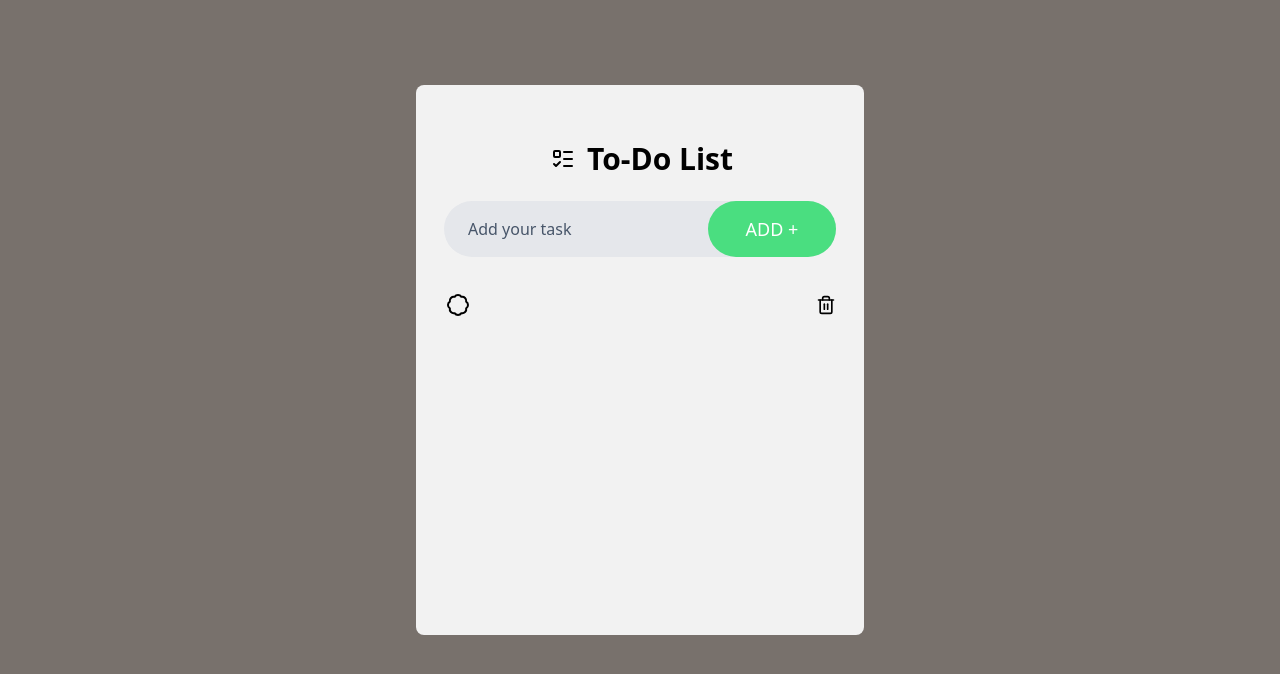
Repository: guilhermecardoso93/todolist-2025-tailwind
Page: /
An editor plug-in stored every save of this project. The page is shown before and after the next save, followed by the edit.
The browser window is 1280 px wide. The pictures show the whole page.
The project was rebuilt for these pictures with package versions that can differ from the ones it lists, and the page was loaded fresh each time. Also part of the build but not shown: vite.config.js.

Above is the page before, as saved 2024-11-07 20:16:06.

After the next save:
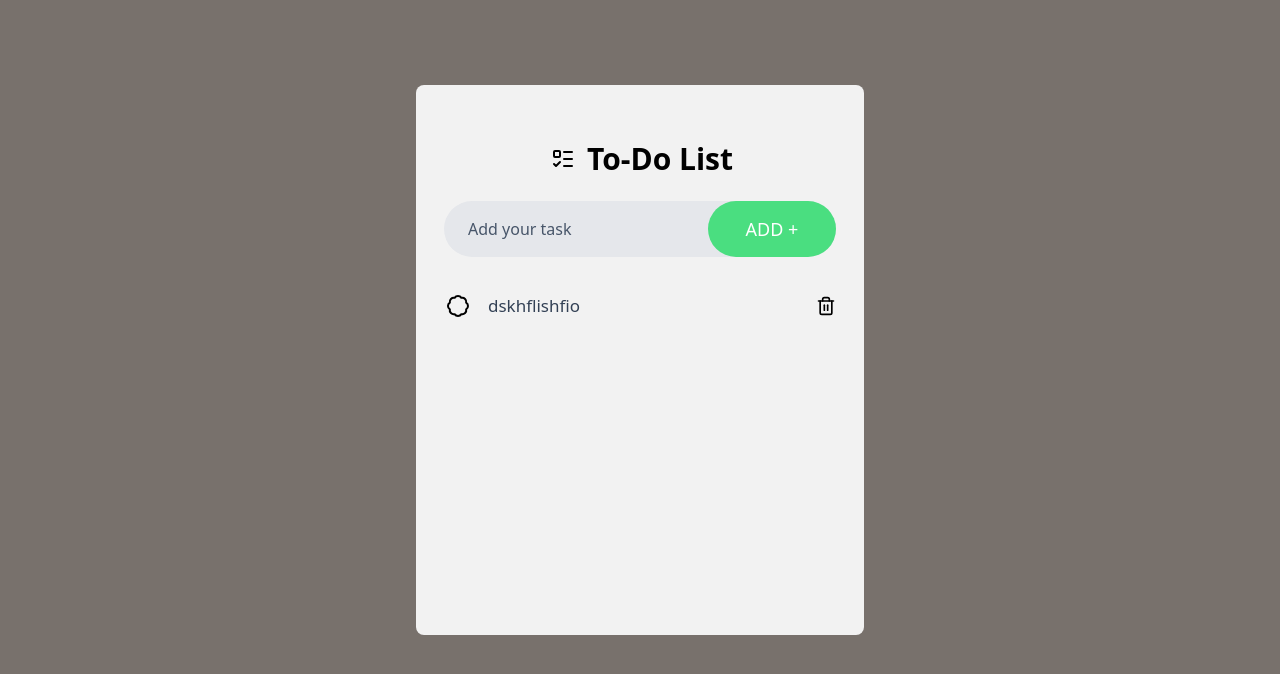
Saved 8 s later.
--- a/src/components/ToDo.jsx
+++ b/src/components/ToDo.jsx
@@ -1,7 +1,7 @@
 import { ListTodo } from "lucide-react";
 import { Item } from "./Item";
 
-export function ToDo({text}) {
+export function ToDo({ text }) {
   return (
     <div className="bg-[#f2f2f2] place-self-center w-11/12 max-w-md flex flex-col p-7 min-h-[550px] rounded-lg gap-4">
       <div className="flex items-center mt-7 gap-2 flex flex-row justify-center">
@@ -20,7 +20,7 @@ export function ToDo({text}) {
         </button>
       </div>
       <div className="">
-        <Item text={text}/>
+        <Item text='dskhflishfio' />
       </div>
     </div>
   );
